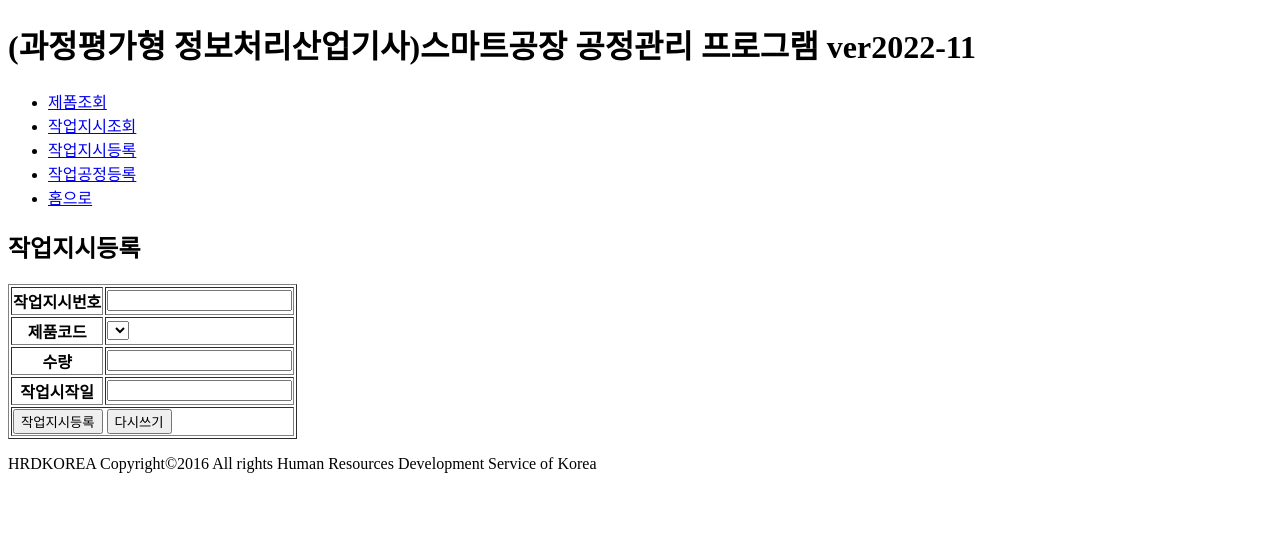
Repository: anakyn01/exam
Page: http://localhost/smart_5/sub2_1.jsp
These files come from the project's save history. The page is drawn as it stood at one moment and after the next save; the edit follows.
The browser window is 1280 px wide. The pictures show the whole page.
The page is served by Tomcat 9. Other server files are loaded and not shown.

Above is the page before, as saved 2025-01-06 07:22:10.

### smart_5/src/main/webapp/sub2_1.jsp
<%@ page language="java" contentType="text/html; charset=UTF-8"
    pageEncoding="UTF-8"%>
<jsp:include page="include/header.jsp"/>

<section>
<h2>작업지시등록</h2>
<table border=1>
<tr>
	<th>작업지시번호</th>
		<td>
		<input type="text" name="w_workno">
	</td>
</tr>
<tr>
	<th>제품코드</th>
	<td>
		<select name="">
		<option value=""></option>
		</select>
	</td>
</tr>
<tr>
	<th>수량</th>
		<td>
		<input type="text" name="w_quentity">
	</td>
</tr>
<tr>
	<th>작업시작일</th>
		<td>
		<input type="text" name="w_workdate">
	</td>
</tr>
	<tr>
<td colspan="2">
<input type="button" onclick="goSave()" value="작업지시등록">
<input type="button" onclick="FormReset()" value="다시쓰기">
</td>
	</tr>
</table>
</section>

<jsp:include page="include/footer.jsp"/>

### smart_5/src/main/webapp/include/header.jsp
<%@ page language="java" contentType="text/html; charset=UTF-8"
    pageEncoding="UTF-8"%>
<!DOCTYPE html>
<html>
<head>
<meta charset="UTF-8">
<title>스마트 공정관리 프로그램</title>
<link rel="stylesheet" href="css/style.css"/>
</head>
<body>
<header>
<h1>(과정평가형 정보처리산업기사)스마트공장 공정관리 프로그램 ver2022-11</h1>
</header>
<nav>
<ul>
<li><a href="sub1.jsp">제폼조회</a></li>
<li><a href="sub2.jsp">작업지시조회</a></li>
<li><a href="sub3.jsp">작업지시등록</a></li>
<li><a href="sub4.jsp">작업공정등록</a></li>
<li><a href="index.jsp">홈으로</a></li>
</ul>
</nav>

### smart_5/src/main/webapp/include/footer.jsp
<%@ page language="java" contentType="text/html; charset=UTF-8"
    pageEncoding="UTF-8"%>
<footer>
<p>HRDKOREA Copyright&copy;2016 All rights Human Resources Development Service of Korea</p>
</footer>
</body>
</html>

Loaded but not shown: smart_5/src/main/webapp/css/style.css (common file)

After the next save:
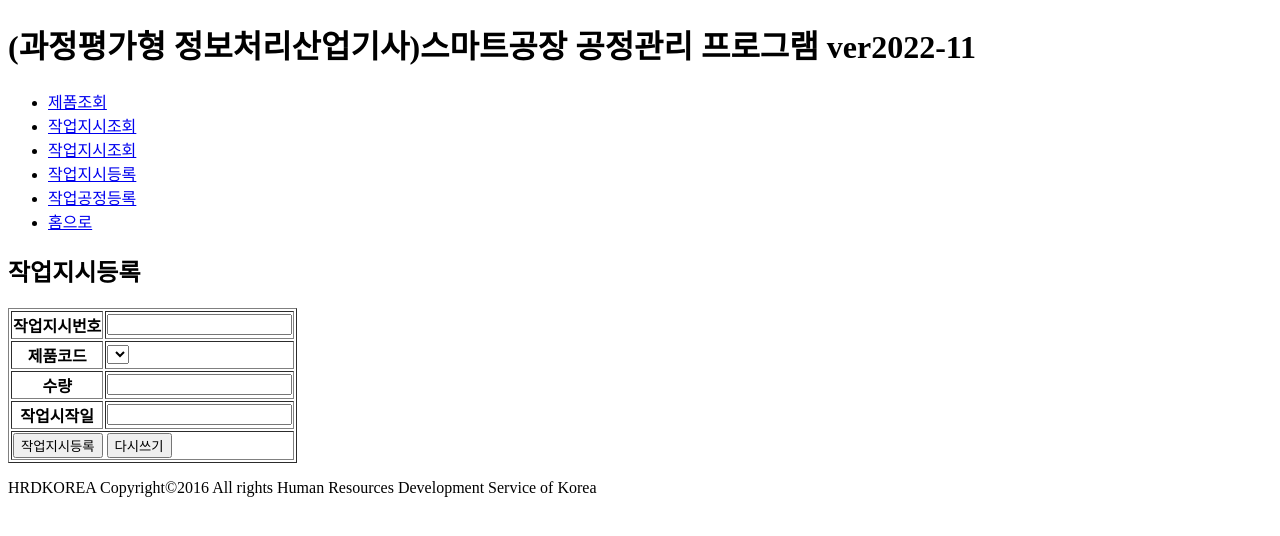
Saved 46 s later.
--- a/smart_5/src/main/webapp/include/header.jsp
+++ b/smart_5/src/main/webapp/include/header.jsp
@@ -15,6 +15,7 @@
 <ul>
 <li><a href="sub1.jsp">제폼조회</a></li>
 <li><a href="sub2.jsp">작업지시조회</a></li>
+<li><a href="sub2_1.jsp">작업지시조회</a></li>
 <li><a href="sub3.jsp">작업지시등록</a></li>
 <li><a href="sub4.jsp">작업공정등록</a></li>
 <li><a href="index.jsp">홈으로</a></li>
